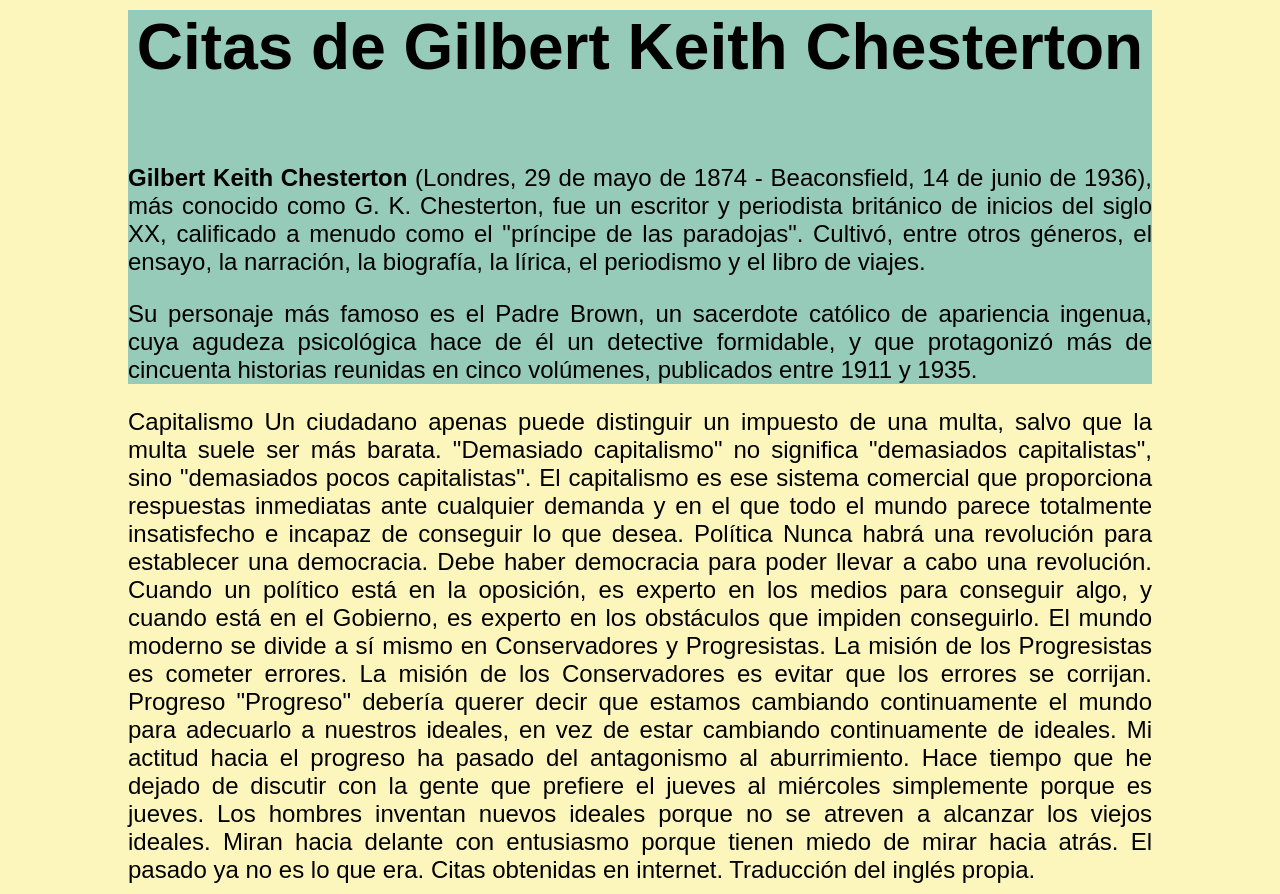
Repository: EmilyMachuca-Developer/Advanced-Programming-Projects
Page: index.html
An editor plug-in stored every save of this project. The page is shown before and after a run of saves, followed by the edit.
The browser window is 1280 px wide. The pictures show the whole page.

Above is the page before, as saved 2024-02-26 20:25:50.

### index.html
<html lang="es">
<head>
<meta charset="utf-8">
<link rel="stylesheet" href="Taller 2/css/style.css">
<title>Emily Machuca</title>
</head>

<body>
    <div style="background-color: rgb(150, 202, 185);">
        <h1>Citas de Gilbert Keith Chesterton</h1> <br><br>
        <p><strong>Gilbert Keith Chesterton</strong> (Londres, 29 de mayo de 1874 - Beaconsfield, 14 de junio de 1936), más conocido como G. K. Chesterton, fue un escritor y periodista británico de inicios del siglo XX, calificado a menudo como el "príncipe de las paradojas". Cultivó, entre otros géneros, el ensayo, la narración, la biografía, la lírica, el periodismo y el libro de viajes.</p>
        <p>Su personaje más famoso es el Padre Brown, un sacerdote católico de apariencia ingenua, cuya agudeza psicológica hace de él un detective formidable, y que protagonizó más de cincuenta historias reunidas en cinco volúmenes, publicados entre 1911 y 1935.</p>
    </div>

<div></div>
Capitalismo

Un ciudadano apenas puede distinguir un impuesto de una multa, salvo que la multa suele ser más barata.

"Demasiado capitalismo" no significa "demasiados capitalistas", sino "demasiados pocos capitalistas".

El capitalismo es ese sistema comercial que proporciona respuestas inmediatas ante cualquier demanda y en el que todo el mundo parece totalmente insatisfecho e incapaz de conseguir lo que desea.

Política

Nunca habrá una revolución para establecer una democracia. Debe haber democracia para poder llevar a cabo una revolución.

Cuando un político está en la oposición, es experto en los medios para conseguir algo, y cuando está en el Gobierno, es experto en los obstáculos que impiden conseguirlo.

El mundo moderno se divide a sí mismo en Conservadores y Progresistas. La misión de los Progresistas es cometer errores. La misión de los Conservadores es evitar que los errores se corrijan.

Progreso

"Progreso" debería querer decir que estamos cambiando continuamente el mundo para adecuarlo a nuestros ideales, en vez de estar cambiando continuamente de ideales.

Mi actitud hacia el progreso ha pasado del antagonismo al aburrimiento. Hace tiempo que he dejado de discutir con la gente que prefiere el jueves al miércoles simplemente porque es jueves.

Los hombres inventan nuevos ideales porque no se atreven a alcanzar los viejos ideales. Miran hacia delante con entusiasmo porque tienen miedo de mirar hacia atrás.

El pasado ya no es lo que era.

Citas obtenidas en internet. Traducción del inglés propia.
</body>
</html>

### Taller 2/css/style.css
body {
    margin: 10px 10%;
    background-color: fcf6bd;
    font-family: sans-serif;
    font-size: 1.5rem;
    text-align: justify;
  }

  header {
    padding: 0 10px;
    background-color: hwb(0 94% 6% / 0.767);
  }

  h1 {
    margin: 0;
    font-size: 4rem;
    text-align: center;
  }

  main {
    display: block;
    border: white 2px solid;
    padding: 10px;
  }

  section {
    padding-bottom: 5px;
    background-color: hwb(14 0% 26%)
  }

  section + section {
    margin-top: 40px;
  }

  h2 {
    margin: 0;
    padding-left: 10px;
    background-color: white;
  }

  section p {
    border: hwb(16 45% 27%)10px solid;
    margin: 20px 10%;
    padding: 10px;
    color: white;
    line-height: 200%;
  }

  footer {
    border-top: black 5px solid;
    margin: 20px 0;
    padding: 0 10px;
    background-color: hwb(15 50% 40%);
    font-size: 1.2rem;
  }

After the next 2 saves:
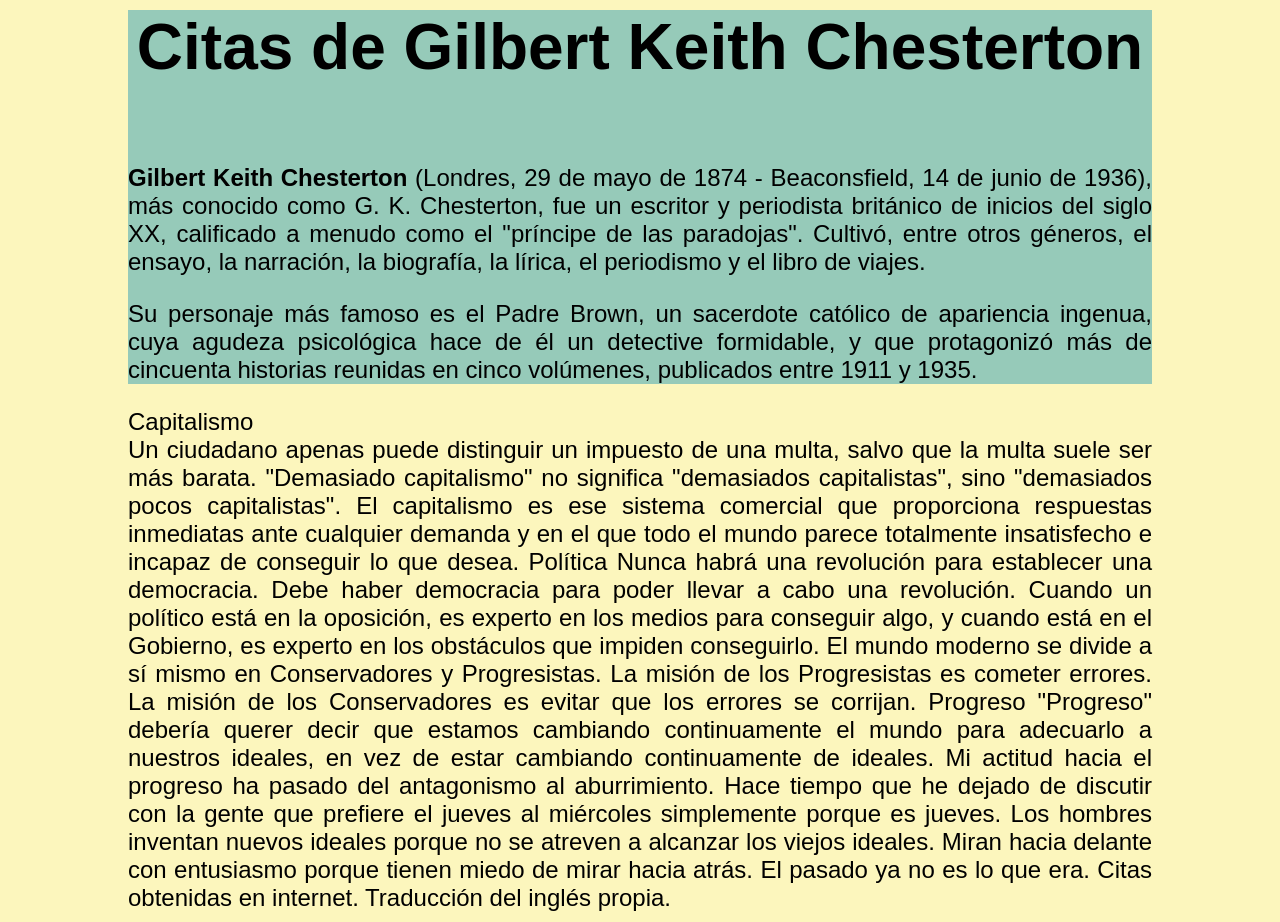
The 2 saves are shown as one change because they came seconds apart.
The last was saved 5 s later.
--- a/index.html
+++ b/index.html
@@ -12,8 +12,8 @@
         <p>Su personaje más famoso es el Padre Brown, un sacerdote católico de apariencia ingenua, cuya agudeza psicológica hace de él un detective formidable, y que protagonizó más de cincuenta historias reunidas en cinco volúmenes, publicados entre 1911 y 1935.</p>
     </div>
 
-<div></div>
-Capitalismo
+<div>Capitalismo</div>
+
 
 Un ciudadano apenas puede distinguir un impuesto de una multa, salvo que la multa suele ser más barata.
 
